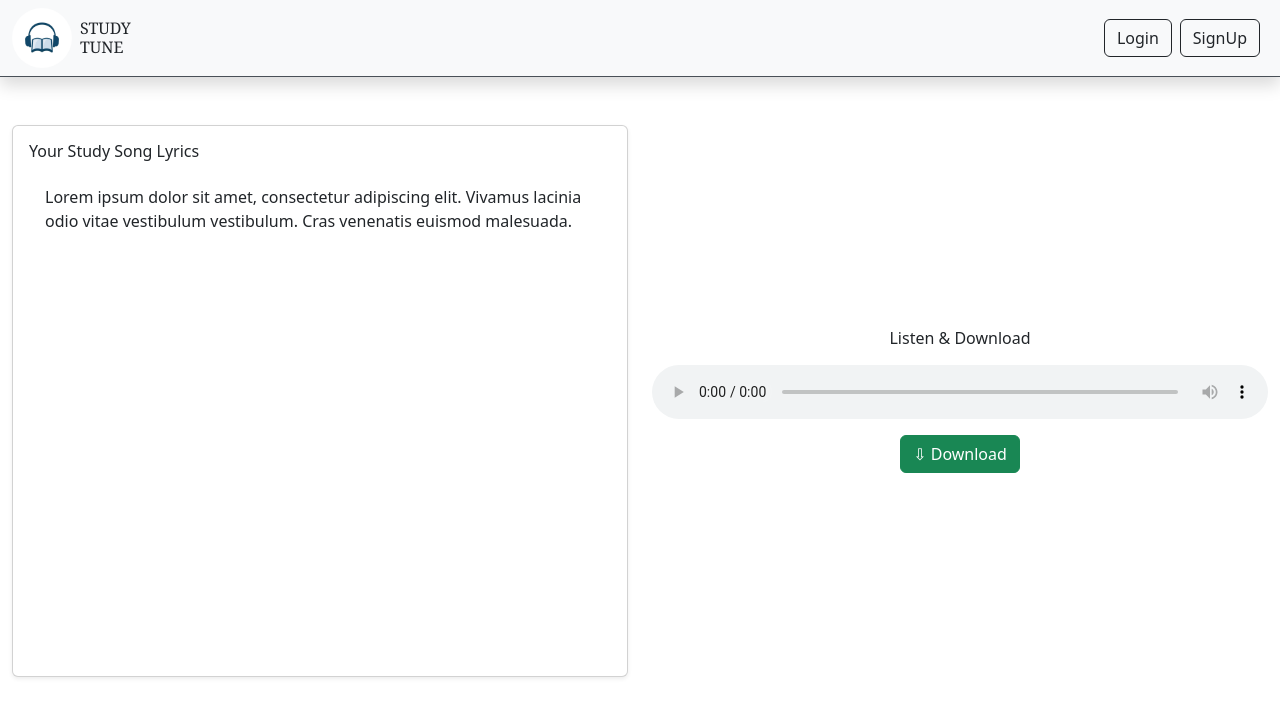
Repository: SpoorthiRaj1908/StudyTune
Page: / (app in frontend/)
These files come from the project's save history. The page is drawn as it stood at one moment and after the next save; the edit follows.
The browser window is 1280 px wide. The pictures show the whole page.
Some web libraries are served in a nearby version. The project was rebuilt for these pictures with package versions that can differ from the ones it lists, and the page was loaded fresh each time. Also part of the build but not shown: frontend/vite.config.js, frontend/src/Home/Body.jsx.

Above is the page before, as saved 2025-10-13 22:33:16.

### frontend/index.html
<!doctype html>
<html lang="en">
  <head>
    <meta charset="UTF-8" />
    <link rel="icon" type="image/svg+xml" href="/vite.svg" />
    <link
  href="https://cdn.jsdelivr.net/npm/bootstrap@5.3.3/dist/css/bootstrap.min.css"
  rel="stylesheet"
  integrity="sha384-QWTKZyjpPEjISv5WaRU9OFeRpok6YctnYmDr5pNlyT2bRjXh0JMhjY6hW+ALEwIH"
  crossorigin="anonymous"
/>

    <meta name="viewport" content="width=device-width, initial-scale=1.0" />
    <title>Vite + React</title>
  </head>
  <body>
    <div id="root"></div>
    <script type="module" src="/src/main.jsx"></script>
    <script
  src="https://cdn.jsdelivr.net/npm/bootstrap@5.3.3/dist/js/bootstrap.bundle.min.js"
  integrity="sha384-YvpcrYf0tY3lHB60NNkmXc5s9fDVZLESaAA55NDzOxhy9GkcIdslK1eN7N6jIeHz"
  crossorigin="anonymous"
></script>
<script src="https://cdn.tailwindcss.com"></script>


  </body>
</html>

### frontend/src/main.jsx
import { StrictMode } from 'react'
import { createRoot } from 'react-dom/client'
import Navbar from './Home/Navbar.jsx'
import Body from './Home/Body.jsx'
import Output from './Output.jsx'

createRoot(document.getElementById('root')).render(
  <StrictMode>
    <Navbar></Navbar>
    <Output></Output>
  </StrictMode>,
)

### frontend/src/Home/Navbar.jsx
function Navbar() {
  return (
    <>
      <nav
        className="navbar bg-light border-bottom border-body sticky-top shadow"
        data-bs-theme="dark"
      >
        <div className="container-fluid d-flex align-items-center">
          <div className="d-flex align-items-center">
            <img
              style={{ height: "60px", width: "60px", borderRadius: "50%" }}
              className="me-2"
              src="/Descargar icono de vector de audiolibro en blanco gratis.jpeg"
              alt="Audiobook icon"
            />
            <h4 className="text-dark m-0" class="font-serif ">
              STUDY <br /> TUNE
            </h4>
          </div>

          <button type="button" className="btn btn-outline-dark ms-auto me-2">
            Login
          </button>
         <button type="button" className="btn btn-outline-dark me-2">
  SignUp
</button>

        </div>
      </nav>
    </>
  );
}

export default Navbar;

### frontend/src/Output.jsx
import React from 'react';

export default function Output() {
  return (
    <div className="container-fluid mt-5">
      <div className="row" style={{ minHeight: '80vh' }}>
        {/* Left side: lyrics / notes */}
        <div className="col-md-6 mb-4">
          <div className="card p-3 shadow-sm h-100" style={{ height: '100%' }}>
            <h5 className="card-title">Your Study Song Lyrics</h5>
            <div className="card-body" style={{ whiteSpace: 'pre-wrap', overflowY: 'auto', height: 'calc(100% - 2.5rem)' }}>
              {/* Replace this with dynamic lyrics */}
              Lorem ipsum dolor sit amet, consectetur adipiscing elit.
              Vivamus lacinia odio vitae vestibulum vestibulum.
              Cras venenatis euismod malesuada.
            </div>
          </div>
        </div>

        {/* Right side: audio player */}
        <div className="col-md-6 mb-4 d-flex flex-column align-items-center justify-content-center">
          <h5 className="mb-3">Listen & Download</h5>
          <audio controls className="w-100 mb-3">
            <source src="/path/to/generated-song.mp3" type="audio/mpeg" />
            Your browser does not support the audio element.
          </audio>
          <a href="/path/to/generated-song.mp3" download className="btn btn-success">
            &#8681; Download
          </a>
        </div>
      </div>
    </div>
  );
}

After the next save:
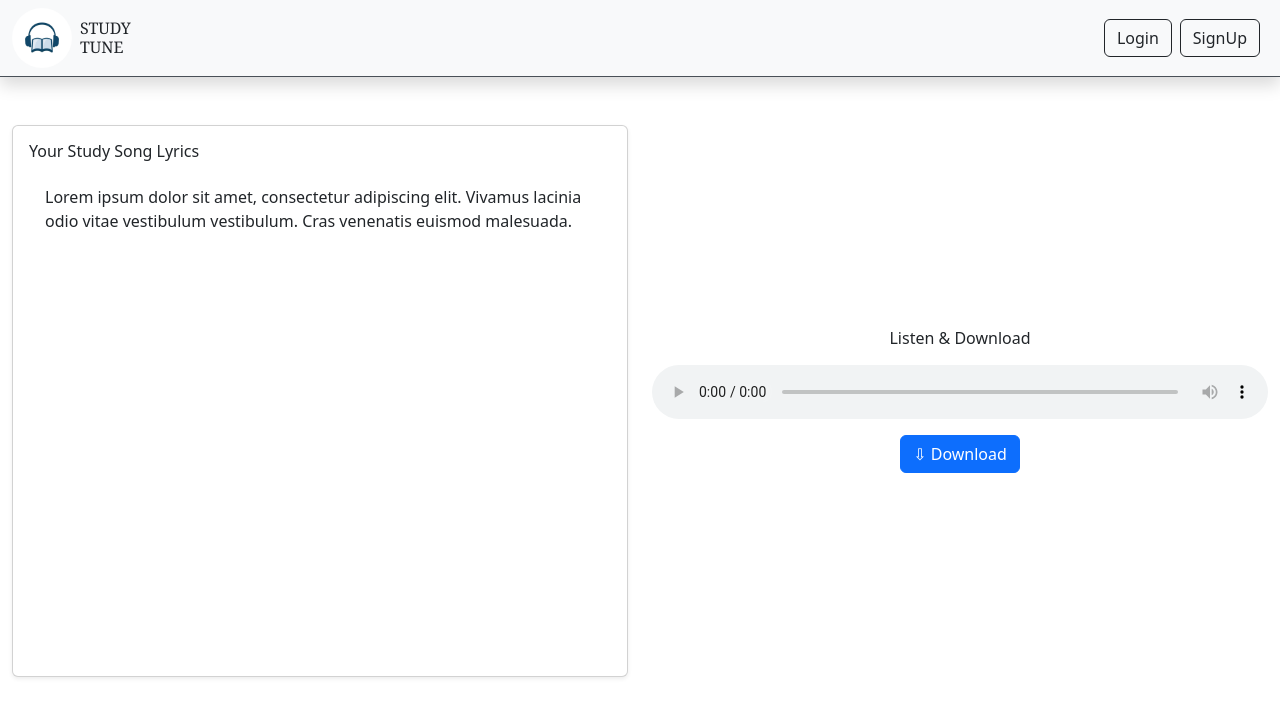
Saved 21 s later.
--- a/frontend/src/Output.jsx
+++ b/frontend/src/Output.jsx
@@ -24,7 +24,7 @@
             <source src="/path/to/generated-song.mp3" type="audio/mpeg" />
             Your browser does not support the audio element.
           </audio>
-          <a href="/path/to/generated-song.mp3" download className="btn btn-success">
+          <a href="/path/to/generated-song.mp3" download className="btn btn-primary">
             &#8681; Download
           </a>
         </div>
